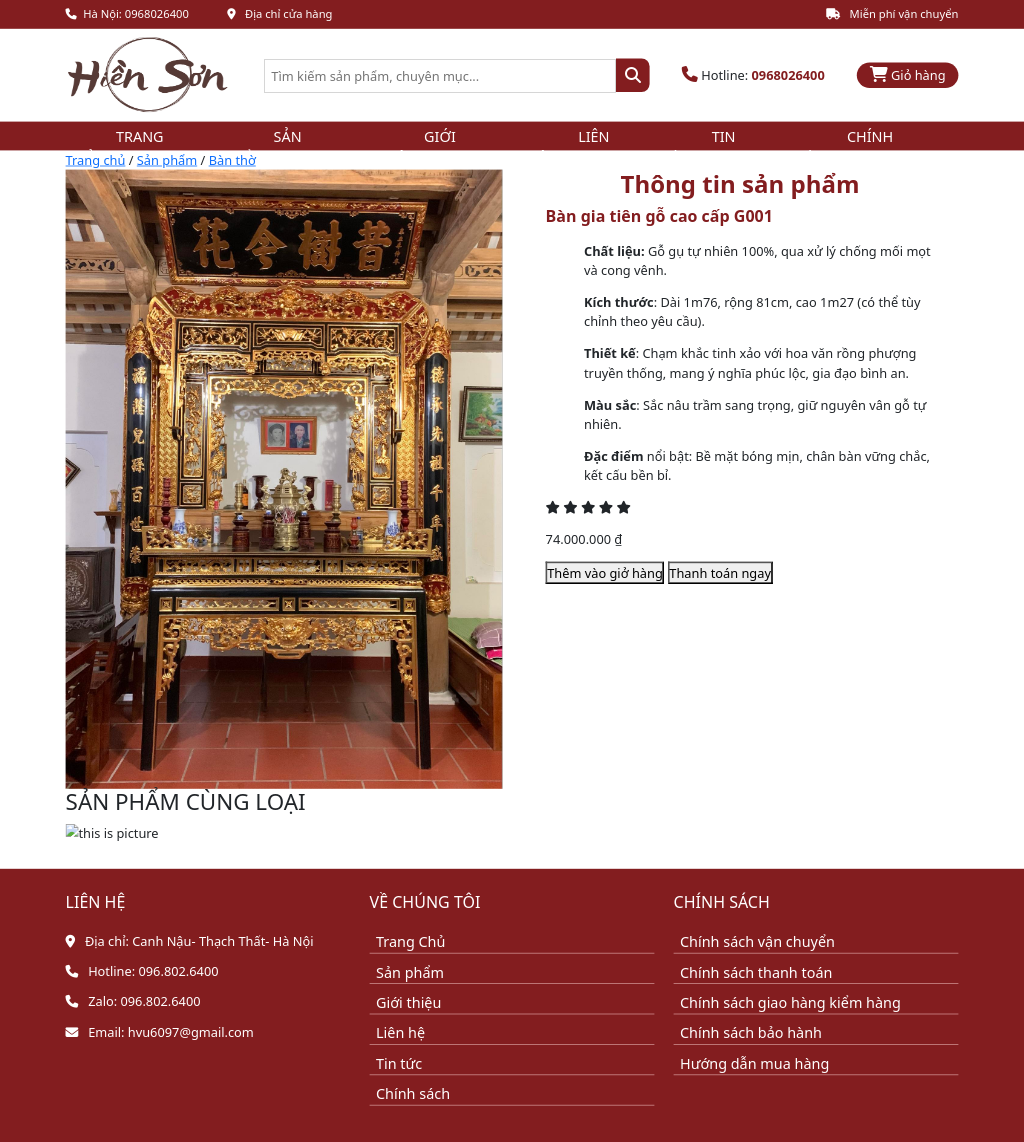
Repository: hoang28092000/do_go_hien_son
Page: product_details/ban_tho-g001.html
The author's editor kept a copy of each file at every save. The page is drawn from the files as they stood at one save, then again after the next save.
The browser window is 1280 px wide. The pictures show the whole page, at 80% of full size.
Some web libraries are served in a nearby version.

Above is the page before, as saved 2024-08-10 20:10:24.

After the next save:
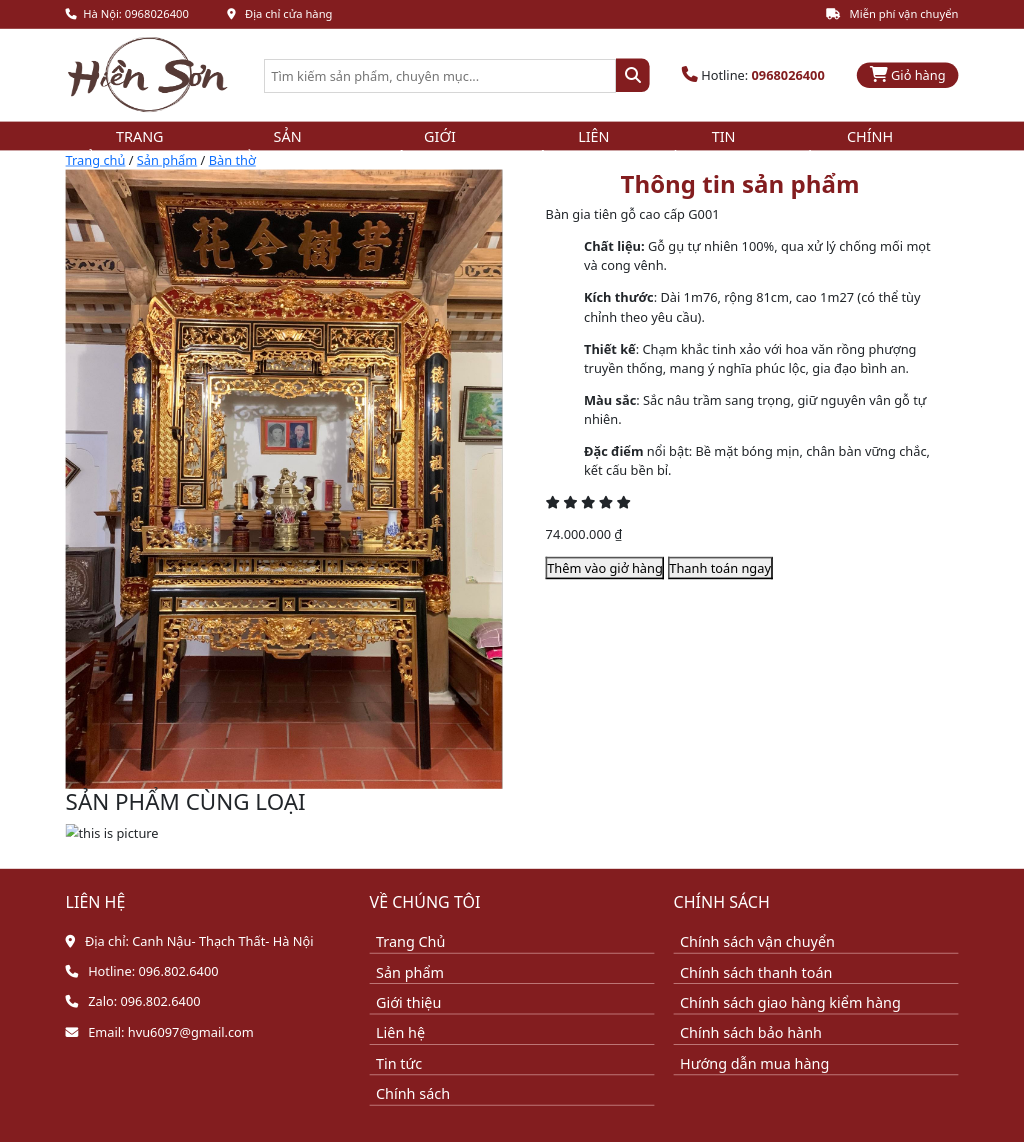
Saved 4 s later.
--- a/asset/style.css
+++ b/asset/style.css
@@ -464,7 +464,7 @@
     font-weight: 600;
     text-align: center;
 }
-.main-product_details .info-p_details .heading-pd{
+.info .info-p_details .heading-pd{
     font-size: 20px;
     color: #831d1f;
     font-weight: 600;

After the 4 saves that followed:
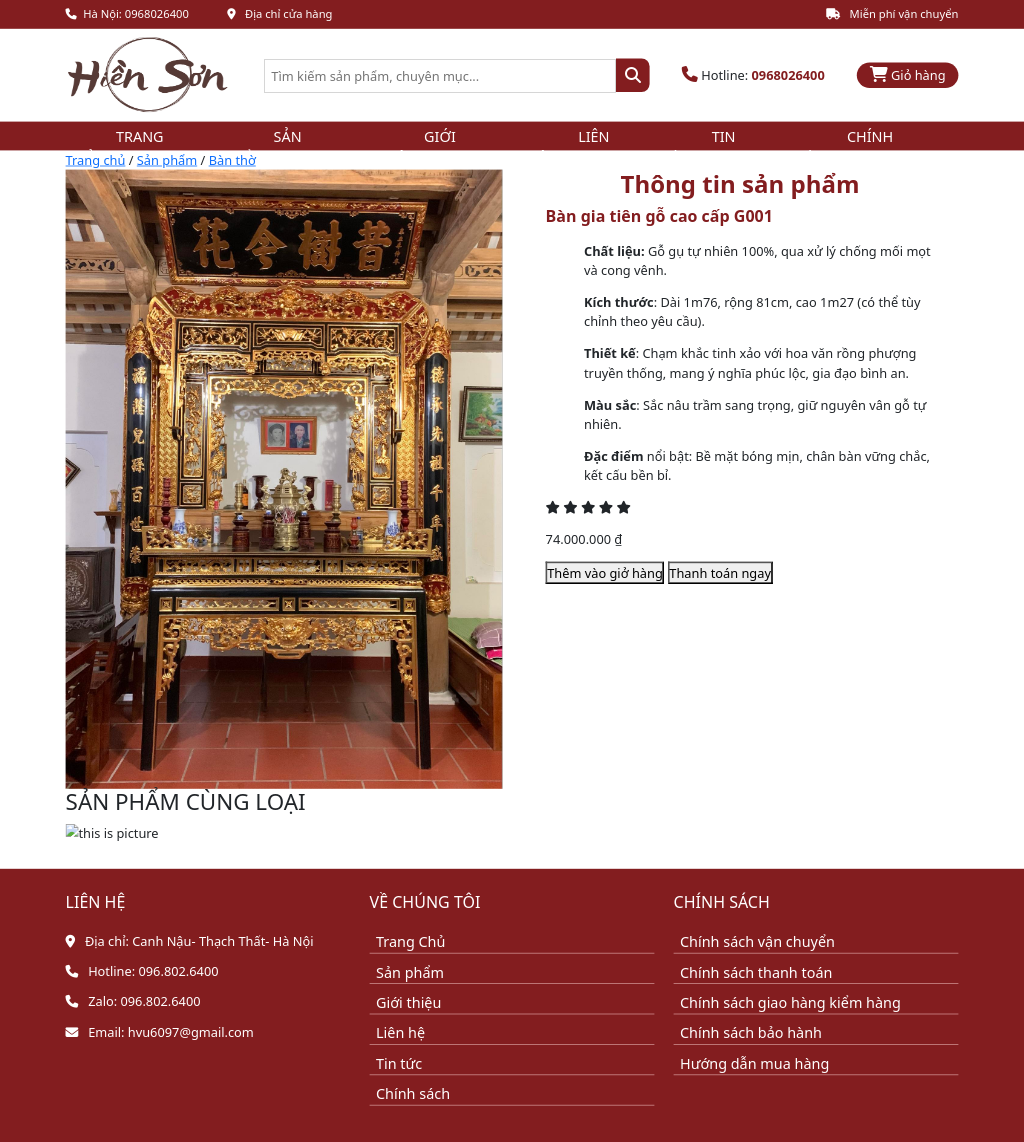
The 4 saves are shown as one change because 1 left the picture as it was and some came seconds apart.
The last was saved 22 s later.
--- a/asset/style.css
+++ b/asset/style.css
@@ -464,7 +464,7 @@
     font-weight: 600;
     text-align: center;
 }
-.info .info-p_details .heading-pd{
+.info-p_details .desc-info-pd .heading-pd{
     font-size: 20px;
     color: #831d1f;
     font-weight: 600;
